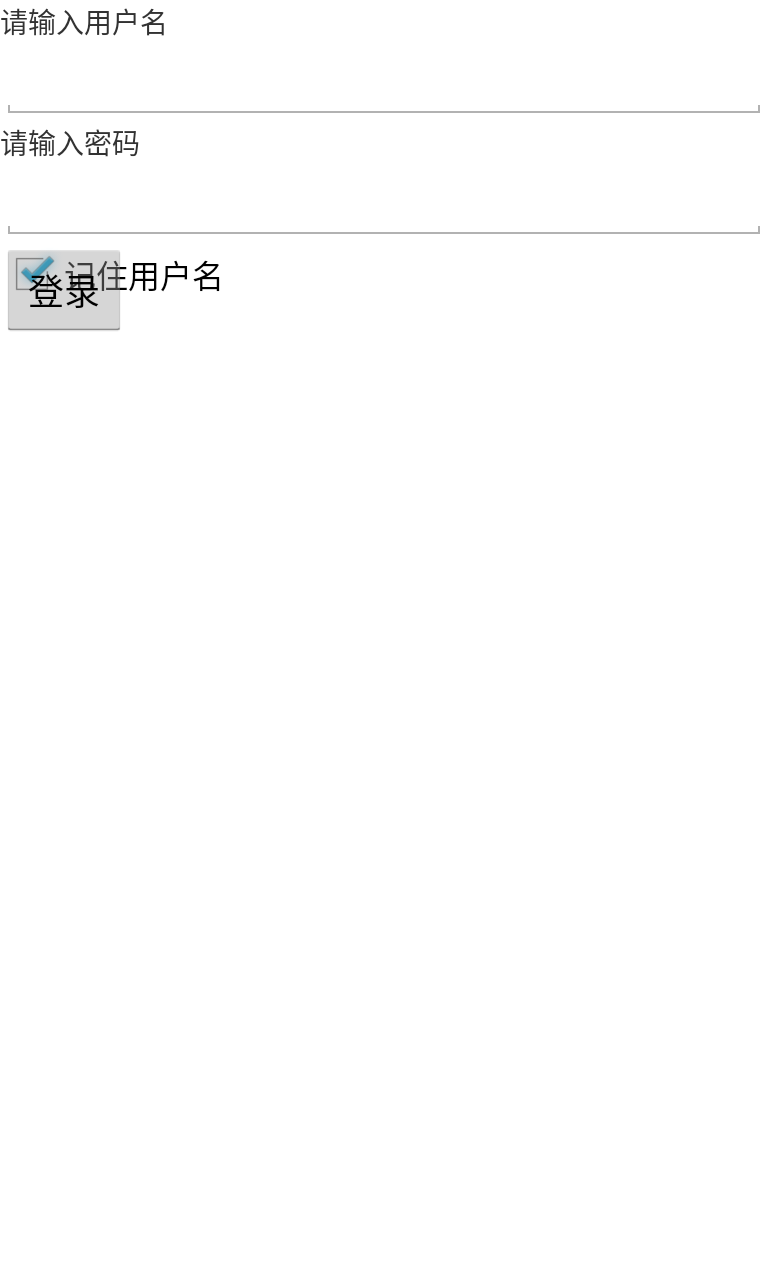
Repository: DongHuaLu/android
Layout: 11SharedPreference/res/layout/activity_main.xml
An editor plug-in stored every save of this project. The layout is shown before and after the next save, followed by the edit.
It is drawn on a 768 x 1280 px phone screen (xhdpi) without system bars, with theme AppTheme; the app's code is not run.

Above is the layout before, as saved 2013-08-20 08:35:43.

### 11SharedPreference/res/layout/activity_main.xml
<LinearLayout xmlns:android="http://schemas.android.com/apk/res/android"
    xmlns:tools="http://schemas.android.com/tools"
    android:layout_width="match_parent"
    android:layout_height="match_parent"
    android:orientation="vertical"
    tools:context=".MainActivity" >

    <TextView
        android:layout_width="match_parent"
        android:layout_height="wrap_content"
        android:text="请输入用户名" />

    <EditText
        android:id="@+id/etUsername"
        android:layout_width="match_parent"
        android:layout_height="wrap_content"
        android:inputType="text" />

    <TextView
        android:layout_width="match_parent"
        android:layout_height="wrap_content"
        android:text="请输入密码" />

    <EditText
        android:id="@+id/etPassword"
        android:layout_width="match_parent"
        android:layout_height="wrap_content"
        android:inputType="textPassword" />

    <RelativeLayout
        android:layout_width="match_parent"
        android:layout_height="wrap_content" >

        <CheckBox
            android:layout_width="wrap_content"
            android:layout_height="wrap_content"
            android:checked="true"
            android:text="记住用户名" />

        <Button
            android:layout_width="wrap_content"
            android:layout_height="wrap_content"
            android:text="登录" />
    </RelativeLayout>

</LinearLayout>

Loaded but not shown: 11SharedPreference/res/values/styles.xml (common file); 11SharedPreference/res/values-v11/styles.xml (common file); 11SharedPreference/res/values-v14/styles.xml (common file)

After the next save:
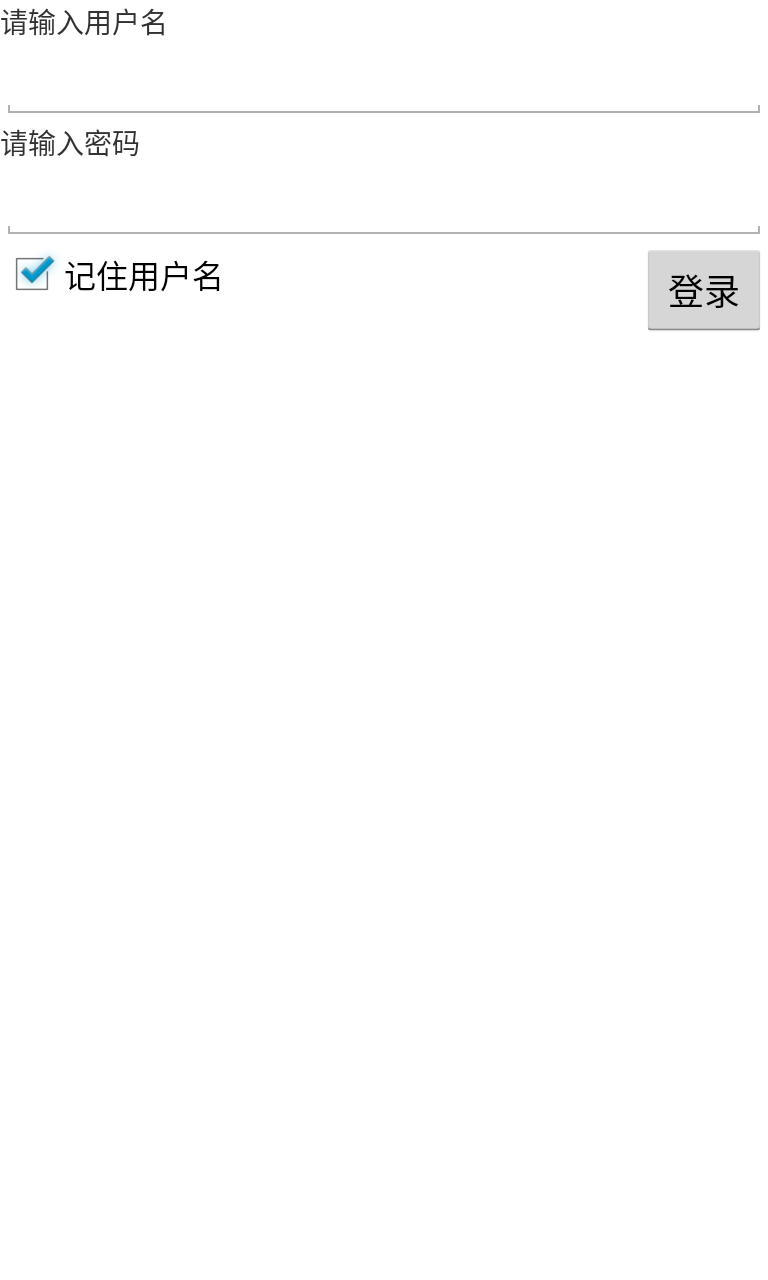
Saved 33 s later.
--- a/11SharedPreference/res/layout/activity_main.xml
+++ b/11SharedPreference/res/layout/activity_main.xml
@@ -40,7 +40,8 @@
         <Button
             android:layout_width="wrap_content"
             android:layout_height="wrap_content"
-            android:text="登录" />
+            android:text="登录"
+            android:layout_alignParentRight="true"/>
     </RelativeLayout>
 
 </LinearLayout>
